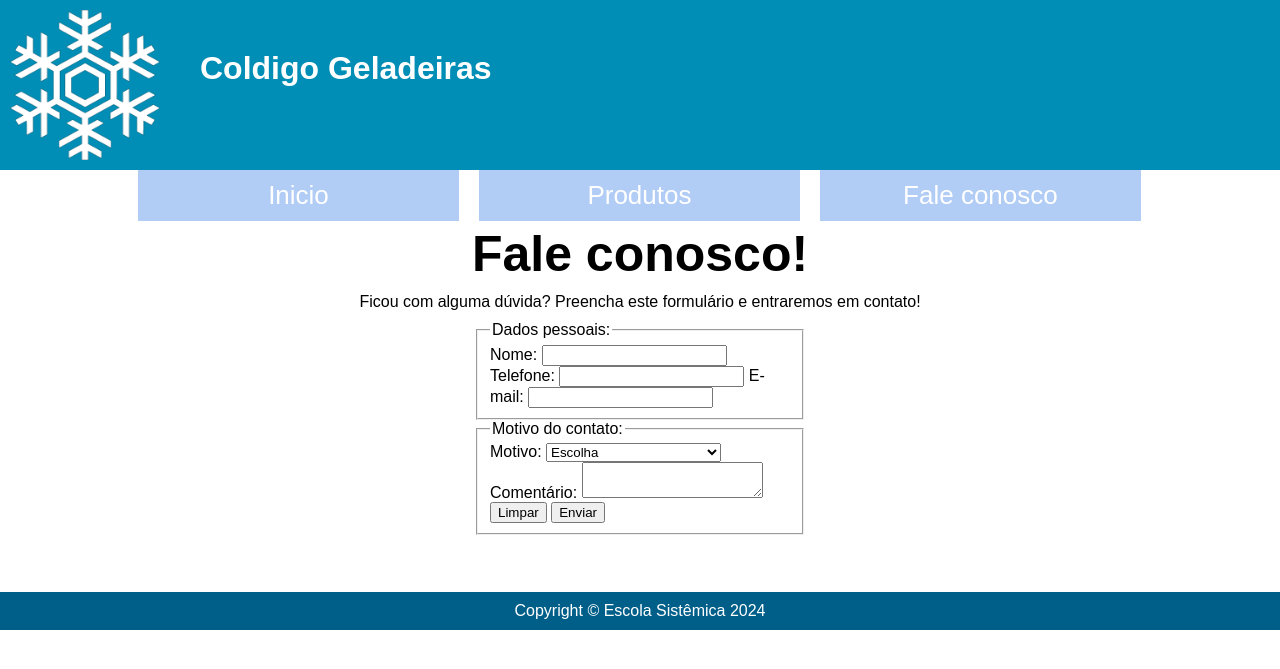
Repository: AndreiLGomes/faculdade
Page: http://localhost/ProjetoTrilhaWeb/pages/site/faleconosco.html
These files come from the project's save history. The page is drawn as it stood at one moment and after the next save; the edit follows.
The browser window is 1280 px wide. The pictures show the whole page.
The page is served by Tomcat 9.

Above is the page before, as saved 2024-04-10 23:26:16.

### 2 ano/WorkspaceTrilhaWeb/ProjetoTrilhaWeb/src/main/webapp/pages/site/faleconosco.html
<!DOCTYPE html>
<html lang="pt-br">
<head>
<meta charset="UTF-8">
<meta name="description" content="Site da Coldigo Geladeiras">
<meta name="keywords" content="Geladeiras, Frost-free, refrigeração">
<meta name="author" content="Escola Sistêmica">
<meta name="viewport" content="width=device-width, initial-scale=1.0">
<link rel="stylesheet" type="text/css" href="../../css/site.css">
<title>Coldigo Geladeiras</title>

</head>
<body>
	<header>
		<img alt="logo da Coldigo Geladeiras" src="../../img/logo.png">
		<h1>Coldigo Geladeiras</h1>
	</header>
	<nav>
		<a href="../../index.html"><div class="opcao">Inicio</div> </a> <a
			href="produtos.html">
			<div class="opcao">Produtos</div>
		</a> <a href="faleconosco.html">
			<div class="opcao">Fale conosco</div>
		</a>
	</nav>
	<section>

		<h2>Fale conosco!</h2>
		<p>Ficou com alguma dúvida? Preencha este formulário e entraremos
			em contato!</p>
		<form name="frmfaleconosco" method="post" action="#">

			<fieldset class="faleConosco">
				<legend>Dados pessoais:</legend>
				<label for="nome">Nome: </label> <input type="text" name="txtnome"
					id="nome"> <label for="fone">Telefone: </label> <input
					type="text" name="txtfone" id="fone"> <label for="email">E-mail:</label>
				<input type="email" name="txtemail" id="email">
			</fieldset>

			<fieldset class="faleConosco">

					<legend>Motivo do contato:</legend>
					<label for="motivo">Motivo: </label> <select name="selmotivo"
						id="motivo">
						<option value="">Escolha</option>
						<option value="RE">Reclamação</option>
						<option value="SU">Sugestão</option>
						<option value="PR">Informação sobre produto</option>
					</select> <label for="comentario">Comentário: </label>
					<textarea name="txacomentario" id="comentario"></textarea>
					<button type="reset">Limpar</button>
					<button type="submit">Enviar</button>


			</fieldset>
		</form>


	</section>
	<footer>Copyright &copy; Escola Sistêmica 2024 </footer>


</body>
</html>

### 2 ano/WorkspaceTrilhaWeb/ProjetoTrilhaWeb/src/main/webapp/css/site.css
@charset "UTF-8";

body {
	margin: 0 auto;
	font-family: "Century Gothic", sans-serif;
}

/* cabeçalho */
header {
	height: 170px;
	background-color: #008eb6;
}

header img {
	float: left;
	height: 150px;
	width: 150px;
	margin: 10px;
}

header h1 {
	float: left;
	margin: 50px 0 0 30px;
	color: #ffffff;
}
/*Menu*/
nav {
	clear: both;
	width: 80%;
	margin: 0px auto;
	height: 55px;
}

nav a {
	color: white;
	text-decoration: none;
	text-align: center;
}

nav .opcao {
	float: left;
	width: 31.3%;
	background-color: #b1ccf5;
	padding: 10px 0;
	margin: 0 1%;
	font-size: 26px;
}

nav .opcao:hover {
	background-color: #83afd3;
}

/* Área geral para conteúdos específicos de cada página */
section {
	clear: both;
	min-height: 360px;
	width: 100%;
	margin-top: 0px;
}
/*rodapé */
footer {
	background-color: #005f89;
	color: #fff;
	text-align: center;
	padding: 10px;
	margin-top: 7px;
}

/* Configuracão da página inicial */
section #top {
	width: 900px;
	margin: 0px auto;
	height: 250px;

}


.geladeira{
	height: 250px;
	width: 125px;
}

.direita{
	float: right;
}
.esquerda{
	float: left;
}

section #titulos{
	float: left;
	height: 250px;
	width: 650px;
	margin: 0px auto;
}

h2{
	text-align: center;
	margin-top: 0px;
	margin-bottom: 10px;
	font-size: 50px;
}

h3{
	text-align: center;
	margin-top: 50px;
	font-size: 20px;
}

p{
	clear: both;
	text-align: center;
	margin: 10px 80px;
}
/* Configuração da página de Produtos */

.tabelaProdutos{
	margin: 10px auto;
	text-align: center;
}

.tituloTabela{
	text-align: center;
	font-size: 30px;
	font-weight: bold;
	color: #fff;
	padding: 5px;
	border: transparent;
}

tr, td, th{
	border: 1px solid #B0C4DE;
	padding: 5px;
}
tr, td{
	font-size: 14px;
}

tr:nth-child(even){
	background-color: #B1CCF5;
}
tr:nth-child(odd){
	background-color: #83afd3;
}
.tabelaGeladeira{
	margin: 10px auto; /* botou no centro */
	text-align: center;
}
/*Configuração da página Fale conosco*/

.faleConosco{
	width: 300px;
	margin: 0px auto;
}

After the next save:
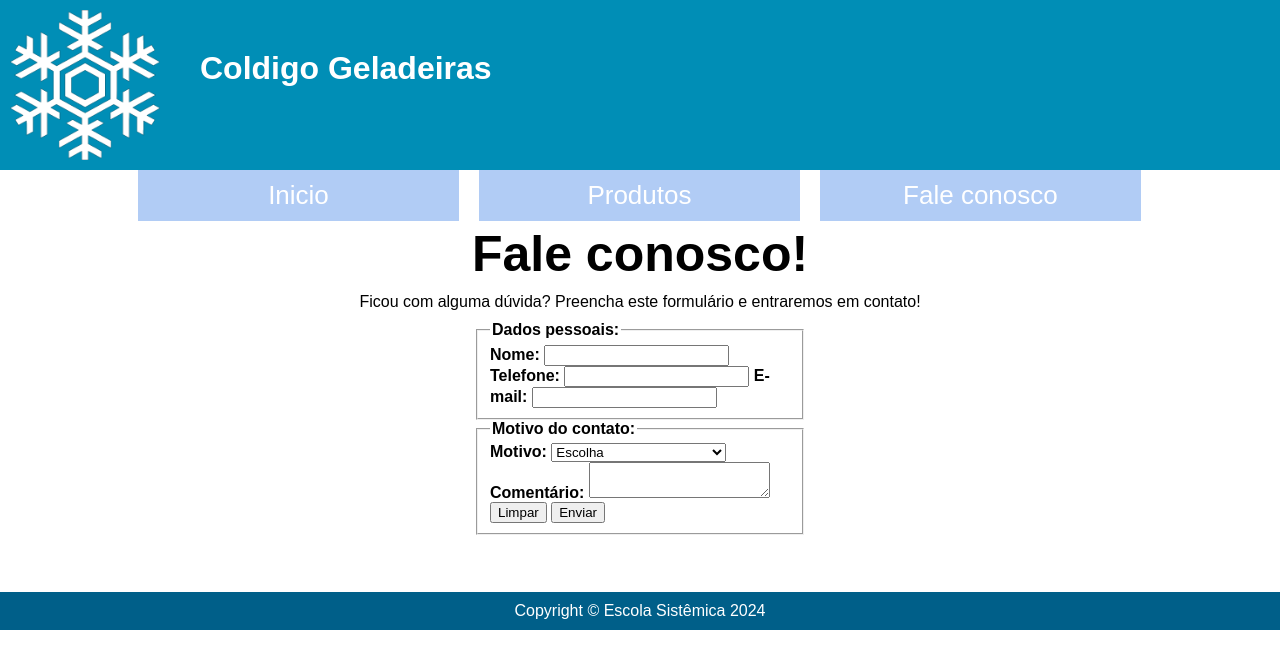
Saved 43 s later.
--- a/2 ano/WorkspaceTrilhaWeb/ProjetoTrilhaWeb/src/main/webapp/css/site.css
+++ b/2 ano/WorkspaceTrilhaWeb/ProjetoTrilhaWeb/src/main/webapp/css/site.css
@@ -151,4 +151,5 @@ tr:nth-child(odd){
 .faleConosco{
 	width: 300px;
 	margin: 0px auto;
+	font-weight: bolder;
 }
